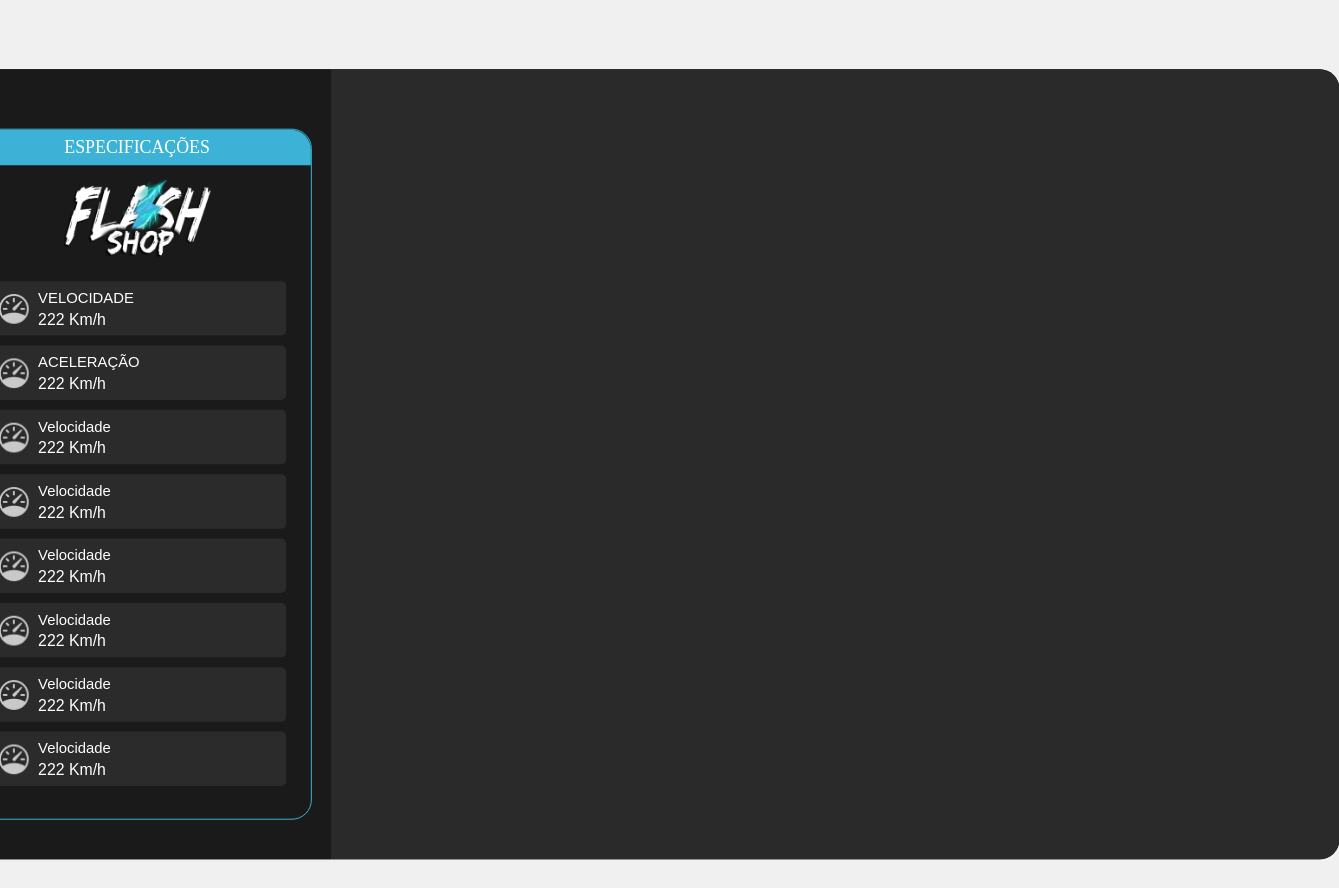
Repository: DuMCorrea/Garagem
Page: index.html
An editor plug-in stored every save of this project. The page is shown before and after the next save, followed by the edit.
The browser window is 1280 px wide. The page is 1353 px wide, so the pictures cover 1353 px, including what lies to the right of the window. The pictures show the whole page, at 99% of full size.
Some web fonts or font styles are not loaded; a fallback is used.

Above is the page before, as saved 2024-08-22 10:48:27.

After the next save:
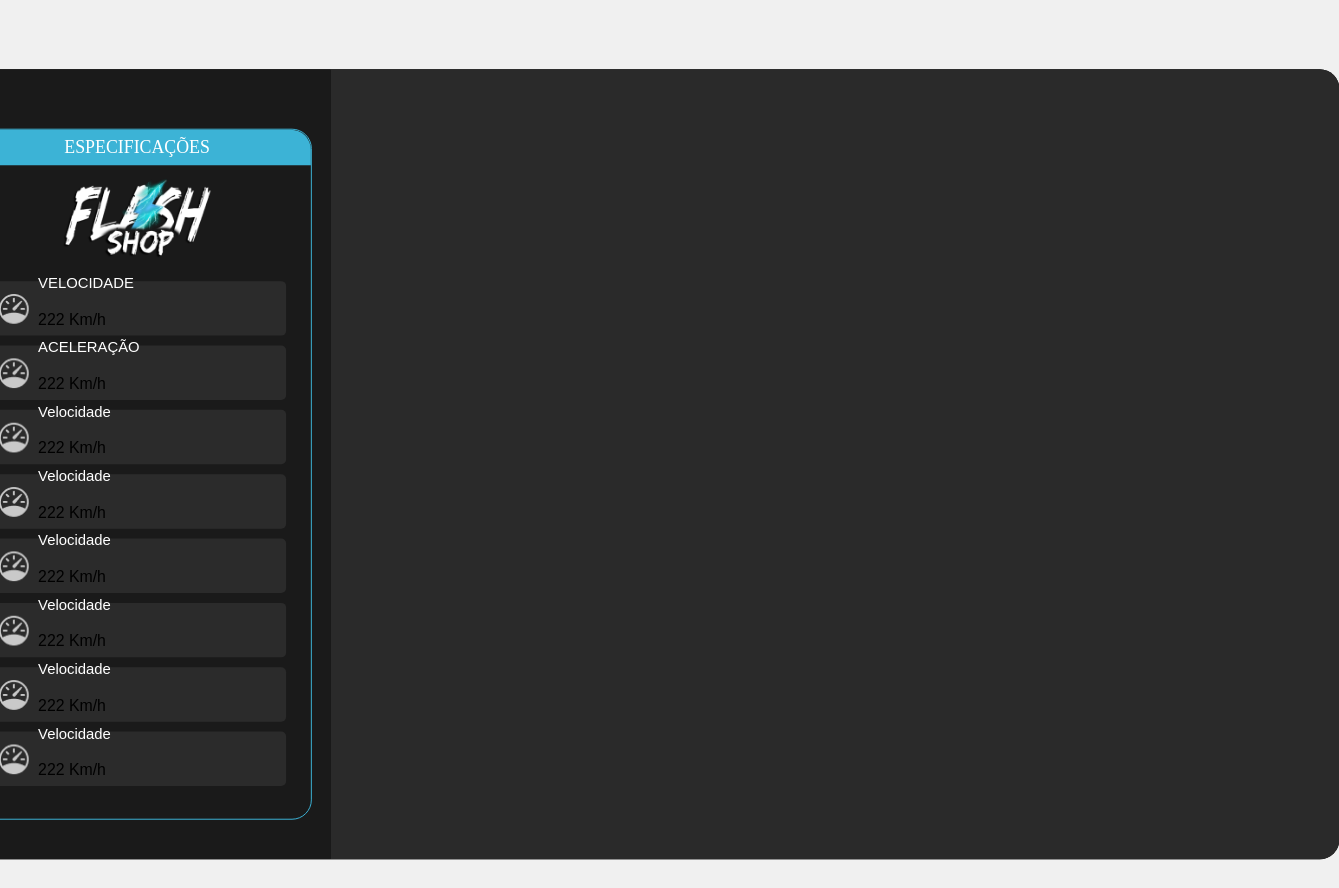
Saved 9 s later.
--- a/styles.css
+++ b/styles.css
@@ -152,15 +152,7 @@
     color: white;
     margin: 0;
 }
-.saldo-valor {
-    font-family: 'Baloo Bhai', sans-serif;
-    font-size: 500px;
-    font-weight: 400;
-    line-height: 20px; /* Ajuste na altura da linha para deixar os textos mais próximos */
-    text-align: left;
-    color: white;
-    margin: 0;
-}
+
 
 .saldo-valor {
     font-size: 16px; /* Tamanho menor para o valor */

After the save that followed:
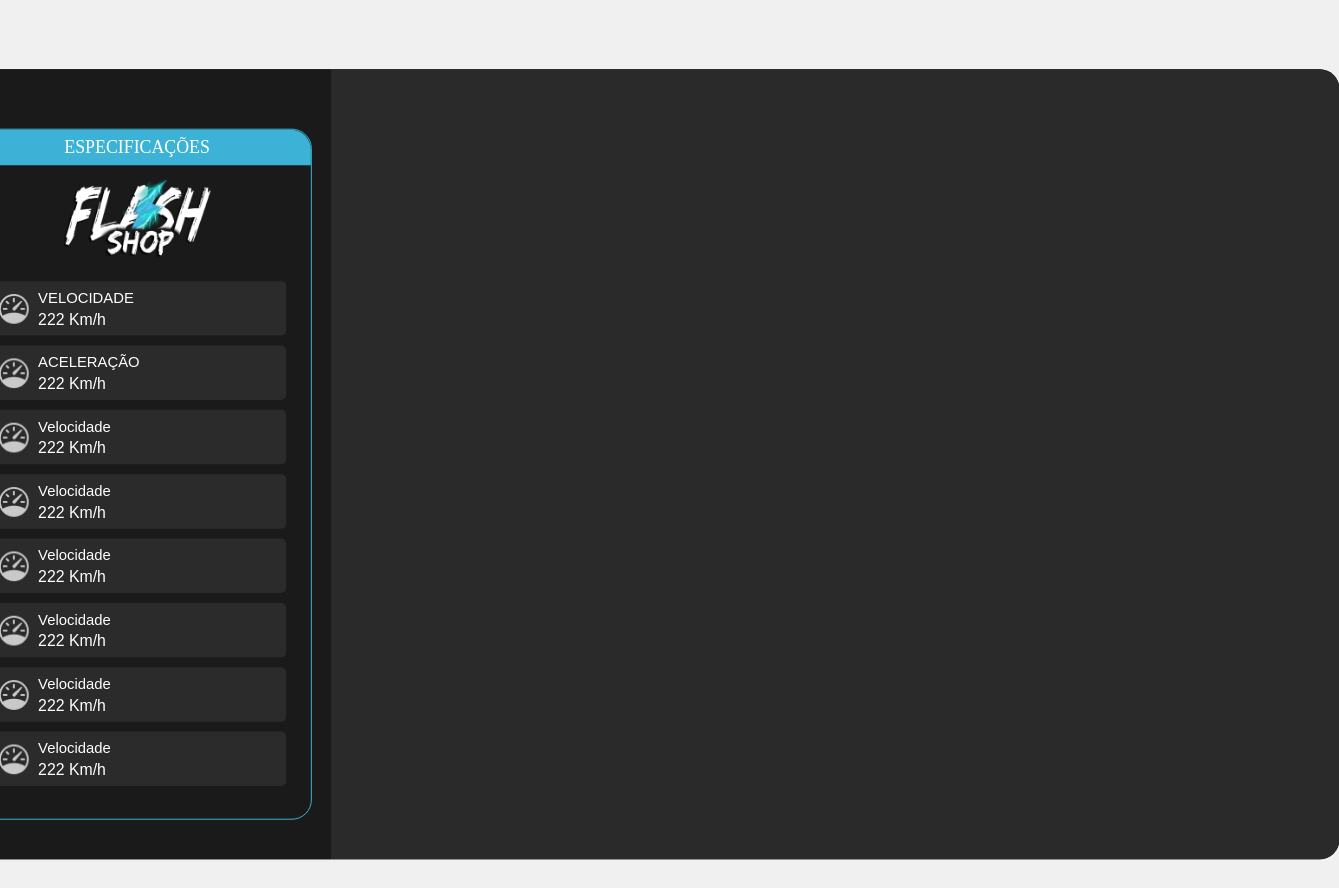
Saved 5 s later.
--- a/styles.css
+++ b/styles.css
@@ -152,7 +152,15 @@
     color: white;
     margin: 0;
 }
-
+.saldo-valor {
+    font-family: 'Baloo Bhai', sans-serif;
+    font-size: 500px;
+    font-weight: 400;
+    line-height: 20px; /* Ajuste na altura da linha para deixar os textos mais próximos */
+    text-align: left;
+    color: white;
+    margin: 0;
+}
 
 .saldo-valor {
     font-size: 16px; /* Tamanho menor para o valor */
